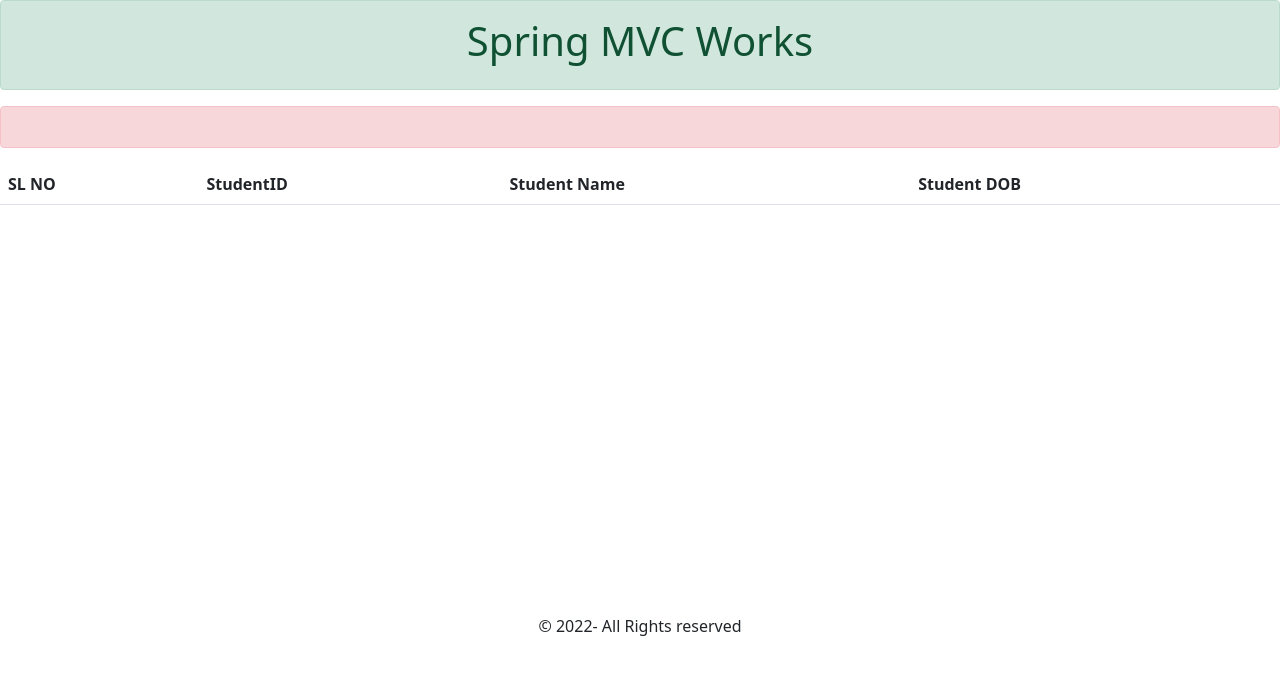
Repository: techpreet/gurwork
Page: http://localhost/student-app/WEB-INF/pages/show-students.jsp
These files come from the project's save history. The page is drawn as it stood at one moment and after the next save; the edit follows.
The browser window is 1280 px wide. The pictures show the whole page.
The page is served by Tomcat 9. Nobody is signed in. Other server files are loaded and not shown. The template is opened directly, without the code that normally fills it, so the values that code supplies are empty.

Above is the page before, as saved 2022-02-15 12:11:39.

### workspace/student-app/src/main/webapp/WEB-INF/pages/show-students.jsp
<%@ include file="./header.jspf" %>


	<div class="alert alert-danger">
		<div class="container">
			<h3 style="text-align:center">${TITLE }</h3>
		</div>
	</div>

	<div style="min-height: 450px">
		<table class="table table-striped">
			<thead>
				<tr>
					<th>SL NO</th>
					<th>StudentID</th>
					<th>Student Name</th>
					<th>Student DOB</th>
				</tr>
			</thead>


			<tbody>
				<nav:forEach items="${Students}" var="q" varStatus="status">

					<tr>
						<td>${status.index +1 }</td>
						<td>${q.studentId }</td>
						<td>${q.studentName }</td>
						<td>${q.studentDob }</td>

					</tr>
				</nav:forEach>
			</tbody>
		</table>
	</div>



<%@ include file="./footer.jspf" %>

### workspace/student-app/src/main/webapp/WEB-INF/pages/header.jspf
<%@ page language="java" contentType="text/html; charset=UTF-8"
    pageEncoding="UTF-8"%>
<%@ taglib uri="http://java.sun.com/jsp/jstl/core" prefix="nav" %>
<!DOCTYPE html>
<html>
<head>
<meta charset="UTF-8">
<title>Show all Questions</title>
<link rel="stylesheet" href="./css/bootstrap.css" type="text/css">
</head>
<body>
	<div class="alert alert-success">
		<div class="container">
			<h1 style="text-align:center">Spring MVC Works</h1>
		</div>
	</div>

### workspace/student-app/src/main/webapp/WEB-INF/pages/footer.jspf




	<div>
		<div class="container text-center">&copy; 2022- All Rights reserved</div>
	</div>

</body>
</html>

Loaded but not shown: workspace/student-app/src/main/webapp/css/bootstrap.css (library)

After the next save:
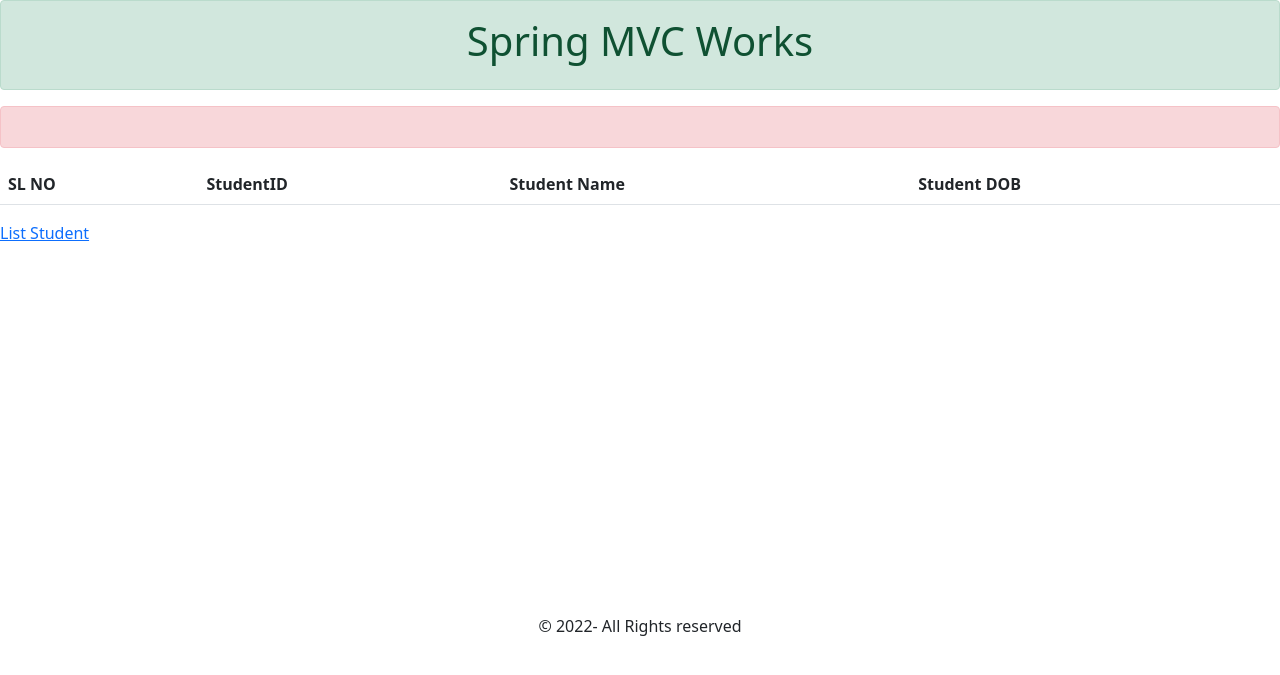
Saved 9 s later.
--- a/workspace/student-app/src/main/webapp/WEB-INF/pages/show-students.jsp
+++ b/workspace/student-app/src/main/webapp/WEB-INF/pages/show-students.jsp
@@ -32,6 +32,7 @@
 				</nav:forEach>
 			</tbody>
 		</table>
+		<a href="home">List Student</a>
 	</div>
 
 
